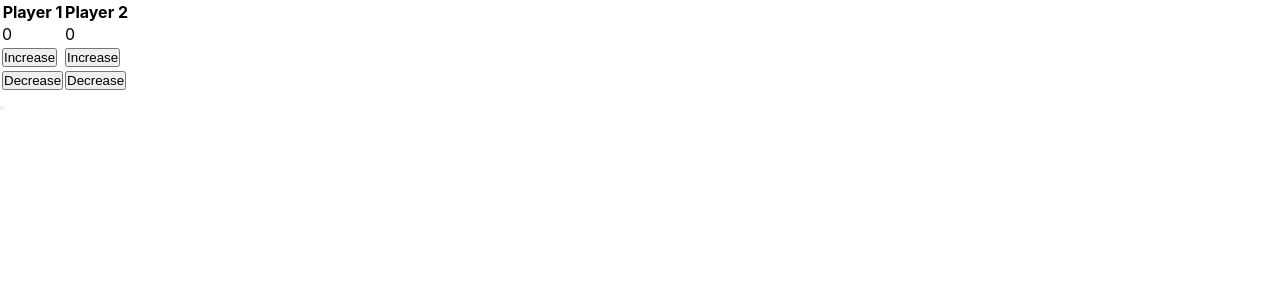
Repository: react-for-web-developers/02-intro-to-react
Page: / (app in exercises/score-counter/)
These files come from the project's save history. The page is drawn as it stood at one moment and after the next save; the edit follows.
The browser window is 1280 px wide. The pictures show the whole page.
The project was rebuilt for these pictures with package versions that can differ from the ones it lists, and the page was loaded fresh each time.

Above is the page before, as saved 2021-10-10 21:21:43.

### exercises/score-counter/src/App.js
import "./App.css";
import {useState} from 'react';

function App() {

  const [count1, setCount1] = useState(0);
  const [count2, setCount2] = useState(0);


  const increase1 = () =>(
    setCount1(count1 + 1)
  )

  const increase2 = () =>(
    setCount2(count2 + 1)
  )

  const decrease1 = () =>(
    setCount1(count1 - 1)
  )

  const decrease2 = () =>(
    setCount2(count2 - 1)
  )

  return (
    <div>
    <div>
      <table>
        <tr>
          <th>Player 1</th>
          <th>Player 2</th>
        </tr>
        <tr>
          <td>{count1}</td>
          <td>{count2}</td>
        </tr>
        <tr>
          <td><button onClick={increase1}>Increase</button></td>
          <td><button onClick={increase2}>Increase</button></td>
        </tr>
        <tr>
          <td><button onClick={decrease1}>Decrease</button></td>
          <td><button onClick={decrease2}>Decrease</button></td>
        </tr>
      </table>
    </div>
    <button></button>
    </div>

  );
}

export default App;

Loaded but not shown: exercises/score-counter/public/index.html (common file); exercises/score-counter/src/index.js (common file); exercises/score-counter/src/index.css (common file); exercises/score-counter/src/reportWebVitals.js (common file); exercises/score-counter/src/App.css (common file)

After the next save:
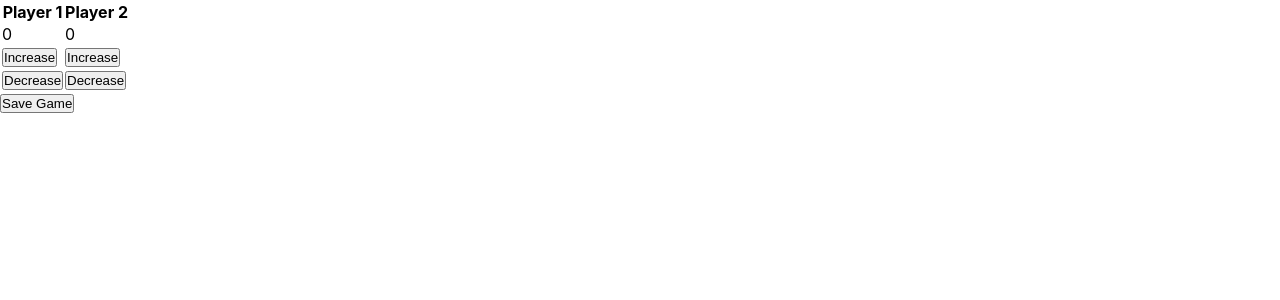
Saved 11 s later.
--- a/exercises/score-counter/src/App.js
+++ b/exercises/score-counter/src/App.js
@@ -45,7 +45,7 @@
         </tr>
       </table>
     </div>
-    <button></button>
+    <button>Save Game</button>
     </div>
 
   );

After the 4 saves that followed:
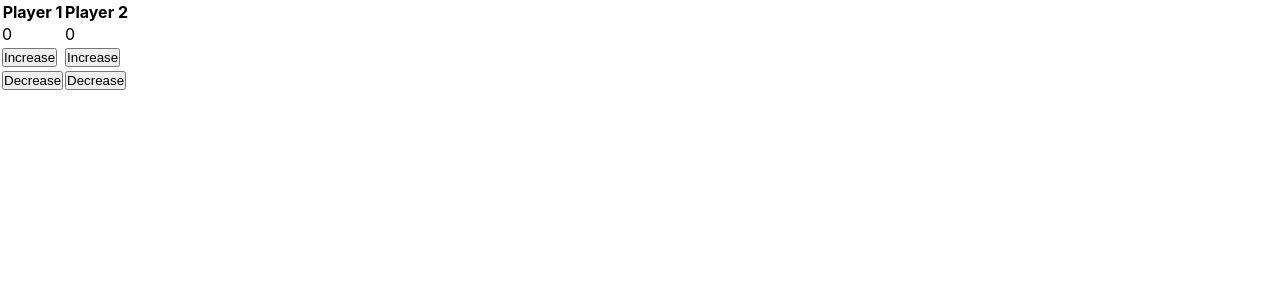
The 4 saves are shown as one change because 1 did not build or start and some came seconds apart.
The last was saved 31 s later.
--- a/exercises/score-counter/src/App.js
+++ b/exercises/score-counter/src/App.js
@@ -25,7 +25,6 @@
 
   return (
     <div>
-    <div>
       <table>
         <tr>
           <th>Player 1</th>
@@ -45,9 +44,6 @@
         </tr>
       </table>
     </div>
-    <button>Save Game</button>
-    </div>
-
   );
 }
 
